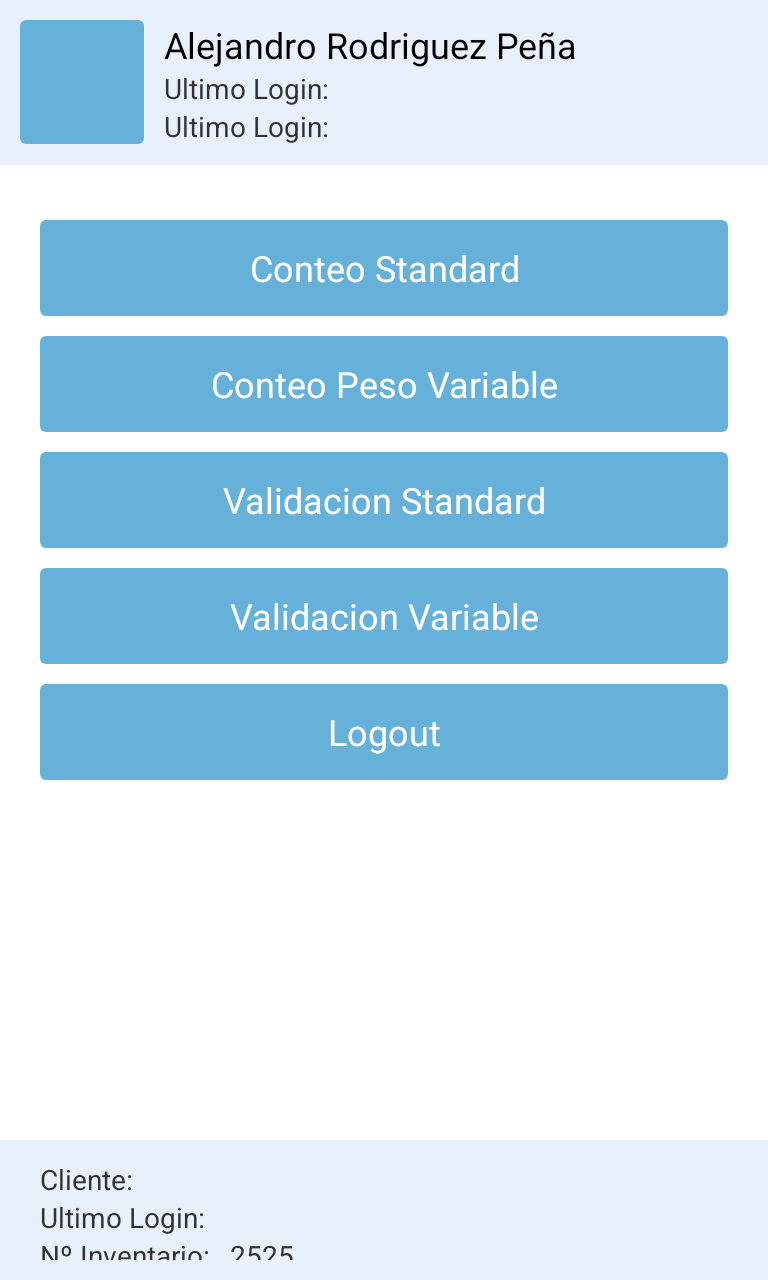
Repository: arodriguezp2003/aqandroid
Layout: BlueFlameWMS/res/layout/lmenu.xml
An editor plug-in stored every save of this project. The layout is shown before and after the next save, followed by the edit.
It is drawn on a 768 x 1280 px phone screen (xhdpi) without system bars, with theme AppTheme; the app's code is not run.

Above is the layout before, as saved 2014-06-24 19:54:20.

After the next save:
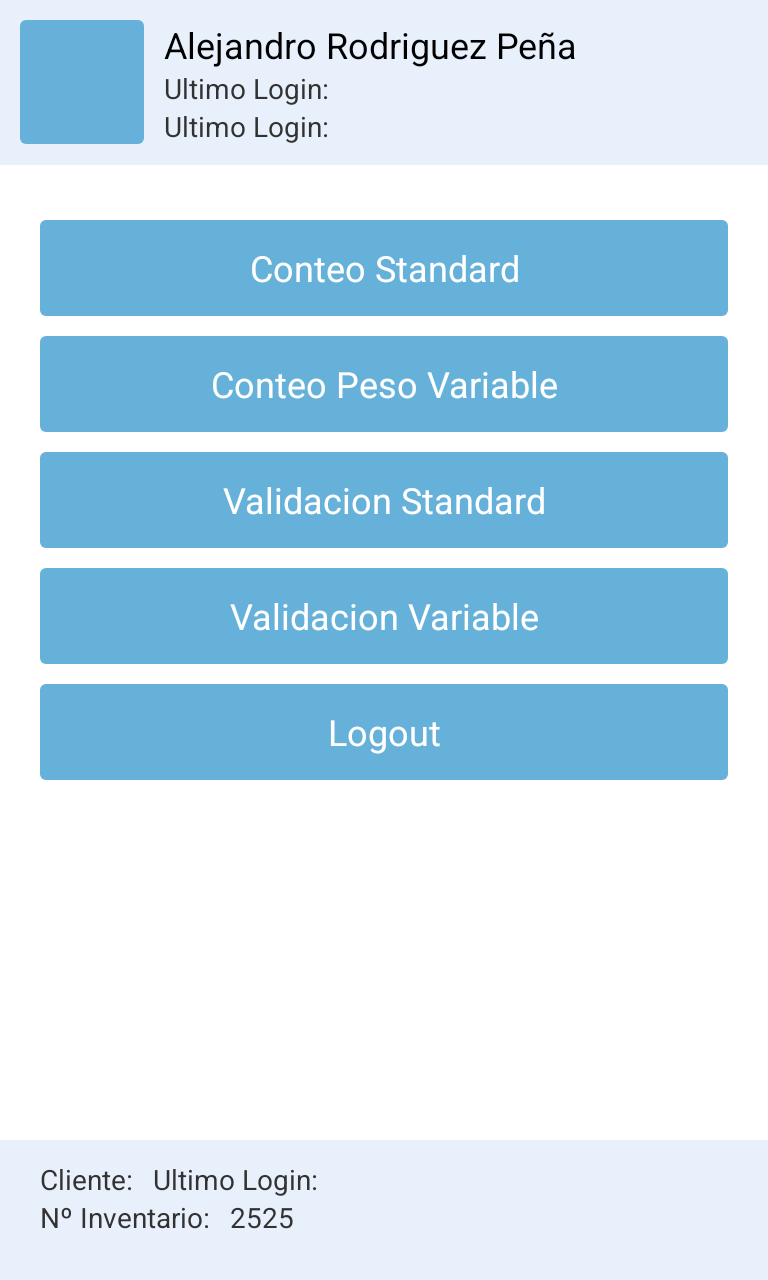
Saved 31 s later.
--- a/BlueFlameWMS/res/layout/lmenu.xml
+++ b/BlueFlameWMS/res/layout/lmenu.xml
@@ -65,6 +65,11 @@
       android:background="@drawable/fondo"
       android:orientation="vertical"
        >
+         <LinearLayout
+     android:layout_width="wrap_content"
+     android:layout_height="wrap_content"
+     android:orientation="horizontal"
+     >
      <TextView
                 android:id="@+id/xcodCliente1"
                 android:layout_width="wrap_content"
@@ -81,6 +86,7 @@
                 android:paddingTop="0dp"
                 android:text="Ultimo Login:"
                 android:textAppearance="?android:attr/textAppearanceSmall" />
+     </LinearLayout>
  <LinearLayout
      android:layout_width="wrap_content"
      android:layout_height="wrap_content"
